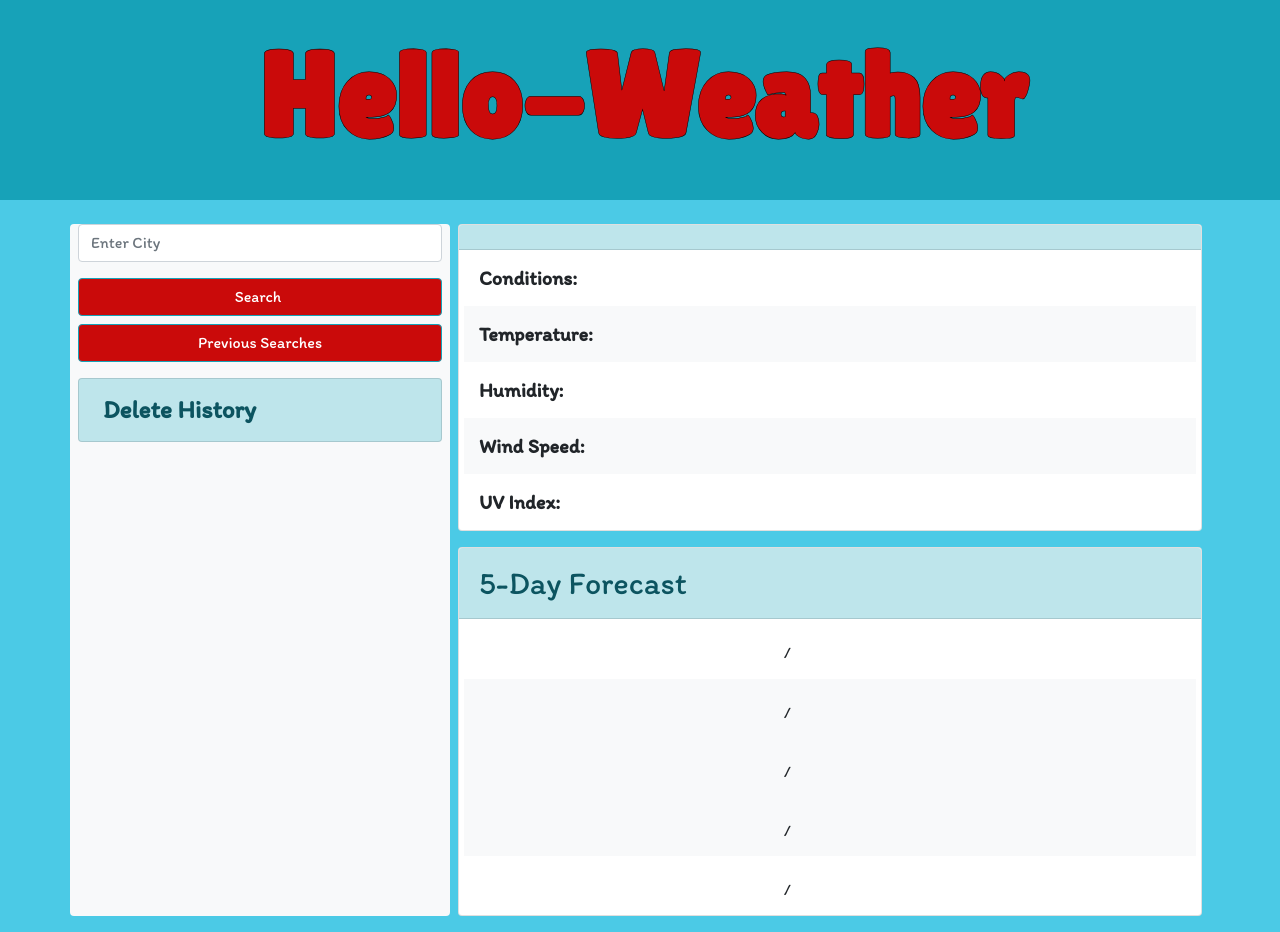
Repository: Jazinha/Hello-kitty-weather
Page: index.html
The author's editor kept a copy of each file at every save. The page is drawn from the files as they stood at one save, then again after the next save.
The browser window is 1280 px wide. The pictures show the whole page.
Some web libraries are served in a nearby version.

Above is the page before, as saved 2023-02-07 23:59:59.

After the next save:
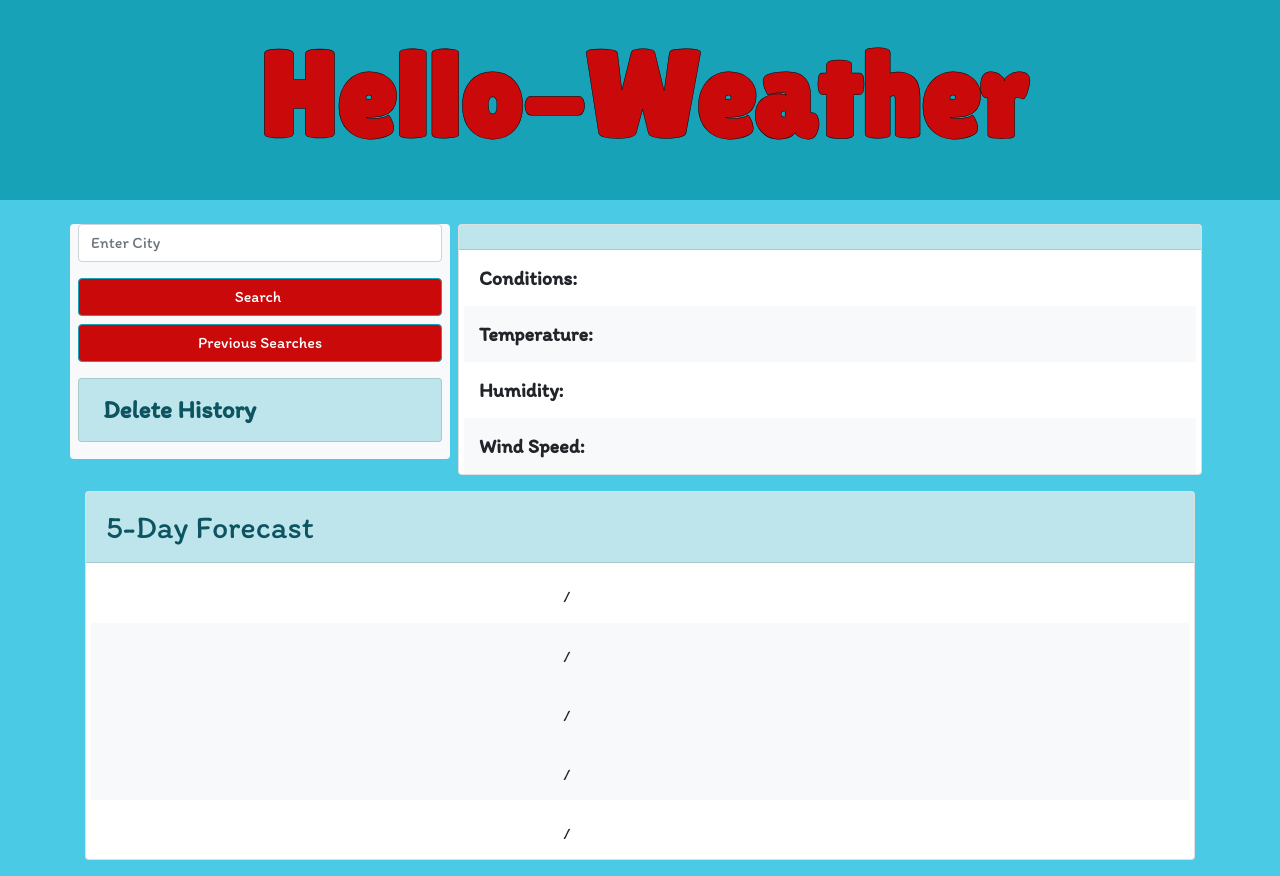
Saved 13 min 35 s later.
--- a/index.html
+++ b/index.html
@@ -104,17 +104,6 @@
                     <p id="wind-speed" class="h5 font-weight-light m-0"></p>
                   </div>
                 </div>
-
-                <!-- Current UV Index -->
-                <div class="row d-flex align-items-center py-3">
-                  <div class="col-8 col-md-6 col-lg-4">
-                    <p class="h5 font-weight-bold m-0">UV Index:</p>
-                  </div>
-                  <div class="col-4 col-md-6 col-lg-8 px-0">
-                    <p class="h5 m-0">
-                      <span id="uv-index" class="font-weight-light py-1 px-2 rounded"></span>
-                    </p>
-                  </div>
                 </div>
               </div>
             </section>
